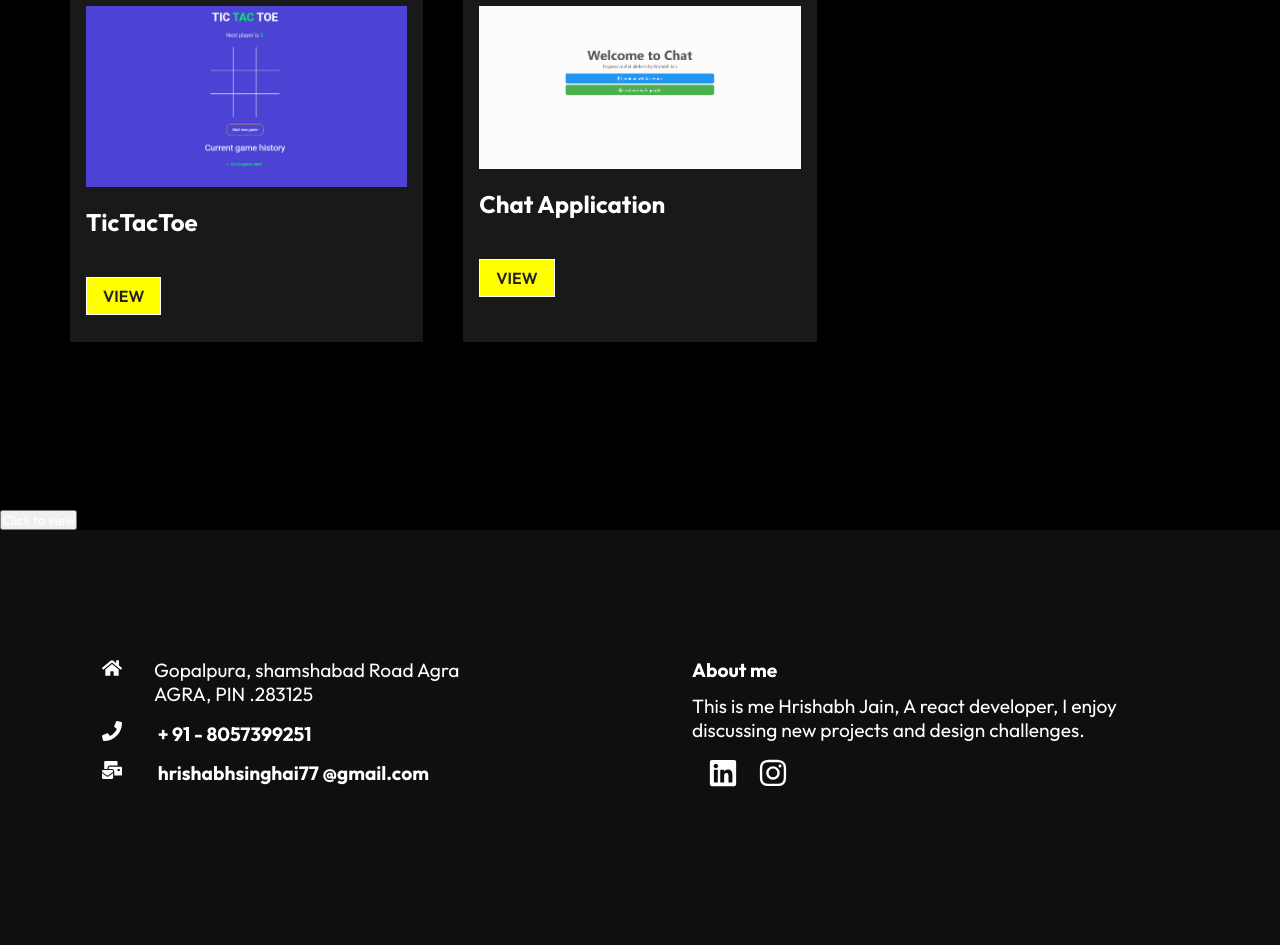
Repository: Hrishabhsinghai/Portfolio
Page: /project
These files come from the project's save history. The page is drawn as it stood at one moment and after the next save; the edit follows.
The browser window is 1280 px wide. The pictures show the part of the page from y = 653 to 1605 px (the page is 1598 px tall before and 1605 px after).
The project was rebuilt for these pictures with package versions that can differ from the ones it lists, and the page was loaded fresh each time. Also part of the build but not shown: src/components/HeroImgStyles.css, src/components/HeroImg.js, src/routes/Home.js, src/components/AboutContentSttyles.css, src/components/AboutContent.js, src/routes/About.js, src/routes/Contact.js.

Above is the page before, as saved 2024-01-11 22:28:08.

### src/index.css
@import url("https://fonts.googleapis.com/css2?family=Orbitron&family=Outfit:wght@100;200;300;400;500;600;700;800;900&display=swap");
* {
  box-sizing: border-box;
  margin: 0;
  padding: 0;
  font-family: "Outfit", sans-serif;
}

body {
  background: black;
}

h1,
h4,
p,
a {
  color: #fff;
  text-decoration: none;
}

ul {
  list-style-type: none;
}

.btn {
  padding: 12px 32px;
  font-size: 1rem;
  text-transform: uppercase;
  color: #222;
  border: 1px solid #fff;
  font-weight: 600;
  cursor: pointer;
  background: yellow;
}

.btn-light {
  background: transparent;
  color: #fff;
}

.btn-hover {
  background: rgba(255, 255, 255, 0.2);
  color: #fff;
  transition: 0.3;
}

### src/App.js
import "./index.css";
import Home from "./routes/Home";
import About from "./routes/About";
import Project from "./routes/Project";
import Contact from "./routes/Contact";
import { Route, Routes } from "react-router-dom";

function App() {
  return (
    <>
      <Routes>
        <Route path="/" element={<Home />} />{" "}
        <Route path="/project" element={<Project />} />{" "}
        <Route path="/About" element={<About />} />{" "}
        <Route path="/Contact" element={<Contact />} />{" "}
      </Routes>{" "}
    </>
  );
}

export default App;

### src/routes/Project.js
import React from "react";
import Navbar from "../components/Navbar";
import Footer from "../components/Footer";
import HeroImg2 from "../components/HeroImg2";
import Work from "../components/Work";

const Project = () => {
  return (
    <div>
      <Navbar />
      <HeroImg2 heading="PROJECTS." text="Here are some of my Projects" />
      <Work />
      <Footer />
    </div>
  );
};

export default Project;

### src/components/Navbar.js
import { Link } from "react-router-dom";
import "./NavbarStyles.css";

import { FaBars, FaTimes } from "react-icons/fa";
import { useState } from "react";

const Navbar = () => {
  const [click, setClick] = useState(false);
  const handleClick = () => setClick(!click);

  const [color, settColor] = useState(false);
  const changeColor = () => {
    if (window.scrollY >= 100) {
      settColor(true);
    } else {
      settColor(false);
    }
  };

  window.addEventListener("scroll", changeColor);

  return (
    <div className={click ? "header header-bg" : "header"}>
      <Link to="/">
        {" "}
        <h1> Portfolio </h1>{" "}
      </Link>{" "}
      <ul className={click ? "nav-menu active" : "nav-menu"}>
        <li>
          <Link to="/"> Home </Link>{" "}
        </li>{" "}
        <li>
          <Link to="/About"> About </Link>{" "}
        </li>{" "}
        <li>
          <Link to="/Project"> Project </Link>{" "}
        </li>{" "}
        <li>
          <Link to="/Contact"> Contact </Link>{" "}
        </li>{" "}
      </ul>{" "}
      <div className="hamburger" onClick={handleClick}>
        {" "}
        {click ? (
          <FaTimes size={20} style={{ color: "#fff" }} />
        ) : (
          <FaBars size={20} style={{ color: "#fff" }} />
        )}{" "}
      </div>{" "}
    </div>
  );
};

export default Navbar;

### src/components/Footer.js
import "./FooterStyles.css";

import React from "react";
import {
  FaHome,
  FaInstagram,
  FaLinkedin,
  FaMailBulk,
  FaPhone,
} from "react-icons/fa";
import { Link } from "react-router-dom";

const Footer = () => {
  return (
    <div className="footer">
      <div className="footer-container">
        <div className="left">
          <div className="location">
            <FaHome size={20} style={{ color: "#fff", marginRight: "2rem" }} />{" "}
            <div>
              <p> Gopalpura, shamshabad Road Agra </p>{" "}
              <p> AGRA, PIN .283125 </p>{" "}
            </div>{" "}
          </div>{" "}
          <div className="phone">
            <h4>
              {" "}
              <FaPhone
                size={20}
                style={{ color: "#fff", marginRight: "2rem" }}
              />{" "}
              + 91 - 8057399251{" "}
            </h4>{" "}
          </div>{" "}
          <div className="email">
            <h4>
              {" "}
              <FaMailBulk
                size={20}
                style={{ color: "#fff", marginRight: "2rem" }}
              />{" "}
              hrishabhsinghai77 @gmail.com{" "}
            </h4>{" "}
          </div>{" "}
        </div>{" "}
        <div className="right">
          <h4> About me </h4>{" "}
          <p>
            {" "}
            This is me Hrishabh Jain, A react developer, I enjoy discussing new
            projects and design challenges.{" "}
          </p>{" "}
          <div className="social">
            <h4>
              <Link to="https://www.linkedin.com/in/hrishabh-jain-13bab7209">
                <FaLinkedin
                  size={30}
                  style={{ color: "#fff", marginLeft: "1rem" }}
                />{" "}
              </Link>{" "}
              <Link to="https://www.instagram.com/hrishabhsinghai/?utm_source=qr">
                <FaInstagram
                  size={30}
                  style={{ color: "#fff", marginLeft: "1rem" }}
                />{" "}
              </Link>{" "}
            </h4>{" "}
          </div>{" "}
        </div>{" "}
      </div>{" "}
    </div>
  );
};

export default Footer;

### src/components/HeroImg2.js
import "./HeroImg2Styles.css";

import React, { Component } from "react";

class HeroImg2 extends Component {
  render() {
    return (
      <div className="hero-img">
        <div className="heading">
          <h1> {this.props.heading} </h1> <p> {this.props.text} </p>{" "}
        </div>{" "}
      </div>
    );
  }
}

export default HeroImg2;

### src/components/Work.js
import "./WorkCardStyles.css";
import WorkCard from "./WorkCard";
import WorkCardData from "./WorkCardData";

import React from "react";
import { NavLink } from "react-router-dom";
const Work = () => {
  return (
    <div className="work-container">
      <h1 className="project-heading"> Projects </h1>{" "}
      <div className="project-container">
        {" "}
        {WorkCardData.map((val, ind) => {
          return (
            <WorkCard
              key={ind}
              imgsrc={val.imgsrc}
              title={val.title}
              text={val.text}
              view={val.view}
            />
          );
        })}{" "}
      </div>{" "}
      <div className="git-container">
        <div className="github"> My Github Repositery </div>{" "}
        <button className="git-btns">
          {" "}
          <NavLink to="www.google.com"> Click to view </NavLink>{" "}
        </button>{" "}
      </div>{" "}
    </div>
  );
};

export default Work;

### src/components/NavbarStyles.css
.header {
  display: flex;
  justify-content: space-between;
  align-items: center;
  padding: 1rem;
  position: fixed;
  width: 100%;
  height: 90px;
  z-index: 10;
}

.header-bg {
  background-color: rgba(0, 0, 0, 0.85);
  transition: 0.5s;
}

.nav-menu {
  display: flex;
}

.nav-menu li {
  padding: 0 1rem;
}

.nav-menu li a {
  font-size: 1.2rem;
  font-weight: 500;
}

.hamburger {
  display: none;
}

@media screen and (max-width: 1040px) {
  .nav-menu {
    flex-direction: column;
    justify-content: center;
    align-items: center;
    width: 100%;
    height: 100vh;
    background: rgba(0, 0, 0, 0.9);
    position: absolute;
    top: 0;
    left: -100%;
    z-index: -3;
    transition: 0.3s;
  }
  .nav-menu.active {
    left: 0;
  }
  .nav-menu li {
    padding: 1rem 0;
  }
  .nav-menu li a {
    font-size: 2rem;
  }
  .hamburger {
    display: initial;
  }
}

### src/components/FooterStyles.css
.footer {
  width: 100%;
  padding: 6rem 0;
  background-color: rgba(19, 19, 19, 0.8);
}

.footer-container {
  max-width: 1140px;
  margin: auto;
  display: grid;
  grid-template-columns: repeat(2, 1fr);
  grid-gap: 40px;
}

.left {
  height: 100%;
  max-width: 100%;
  display: flex;
  flex-direction: column;
  padding: 2rem;
}

.location {
  display: flex;
  margin-bottom: 0.8rem;
}

.phone {
  line-height: 30px;
}

.right {
  height: 100%;
  max-width: 100%;
  display: flex;
  flex-direction: column;
  padding: 2rem;
  margin-bottom: 0.8rem;
}

.social {
  margin-top: 1rem;
}

h4 {
  font-size: 1.2rem;
  padding-bottom: 0.7rem;
}

p {
  font-size: 1.2rem;
}

@media screen and (max-width: 640px) {
  .footer-container {
    grid-template-columns: 1fr;
  }
}

### src/components/HeroImg2Styles.css
.hero-img {
  width: 100%;
  background: black;
  height: 60vh;
  position: relative;
}

.hero-img {
  content: "";
  background: url("https://images.pexels.com/photos/943096/pexels-photo-943096.jpeg?auto=compress&cs=tinysrgb&w=1260&h=750&dpr=1");
  width: 100%;
  height: 70vh;
  background-size: cover;
  background-position: center;
  object-fit: cover;
}

.heading {
  width: 100%;
  height: 100%;
  display: flex;
  flex-direction: column;
  justify-content: center;
  align-items: center;
}

.hero-img h1 {
  font-size: 2.4rem;
  text-decoration: solid;
}

.hero-img p {
  font-size: 1.4rem;
  text-align: center;
}

@media screen and (max-width: 640px) {
  .hero-img h1 {
    font-size: 2rem;
  }
}

### src/components/WorkCardStyles.css
.project-heading {
  text-align: center;
  padding: 4rem 0 2rem 0;
}

.project-container {
  max-width: 1140px;
  margin: auto;
  display: grid;
  grid-template-columns: repeat(3, 1fr);
  grid-gap: 40px;
  padding-bottom: 5rem;
}

.project-card {
  background: #1a1919;
  padding: 1.2rem 1rem;
}

.project-card img {
  width: 100%;
}

@media screen and (max-width: 740px) {
  .project-container {
    max-width: 90%;
    margin: auto;
    grid-template-columns: 1fr;
  }
}

.project-title {
  color: #fff;
  padding: 1rem 0;
}

.pro-details p {
  padding-bottom: 1rem;
  font-size: 1.1rem;
  text-align: justify;
}

.pro-btns .btn {
  padding: 0.5rem 1rem;
}

.pro-btns {
  display: flex;
  justify-content: space-between;
  padding: 0.5rem 0;
}

.github {
  text-align: center;
  padding: 2rem 0 2rem 0;
  font-size: 1.1rem;
}

### src/components/WorkCard.js
import "./WorkCardStyles.css";

import React from "react";
import { NavLink } from "react-router-dom";

const WorkCard = (props) => {
  return (
    <div className="project-card">
      <img src={props.imgsrc} alt="image" />
      <h2 className="project-title"> {props.title} </h2>{" "}
      <div className="pro-details">
        <p> {props.text} </p>{" "}
        <div className="pro-btns">
          <NavLink to={props.view} className="btn">
            {" "}
            View{" "}
          </NavLink>{" "}
        </div>{" "}
      </div>{" "}
    </div>
  );
};

export default WorkCard;

### src/components/WorkCardData.js
import tictactoe from "../assets/tictactoe.png";
import chatapp from "../assets/chatapp.png";
// import tictactoe from "../assets/tictactoe.png";

const ProjectCardData = [
  {
    imgsrc: tictactoe,
    title: "TicTacToe",
    view: "https://ticctacctoeegame.surge.sh/",
  },
  {
    imgsrc: chatapp,
    title: "Chat Application",
    view: "https://chat-web-app-c0344.web.app/",
  },
];

export default ProjectCardData;

Loaded but not shown: public/index.html (common file); src/index.js (common file)

After the next save:
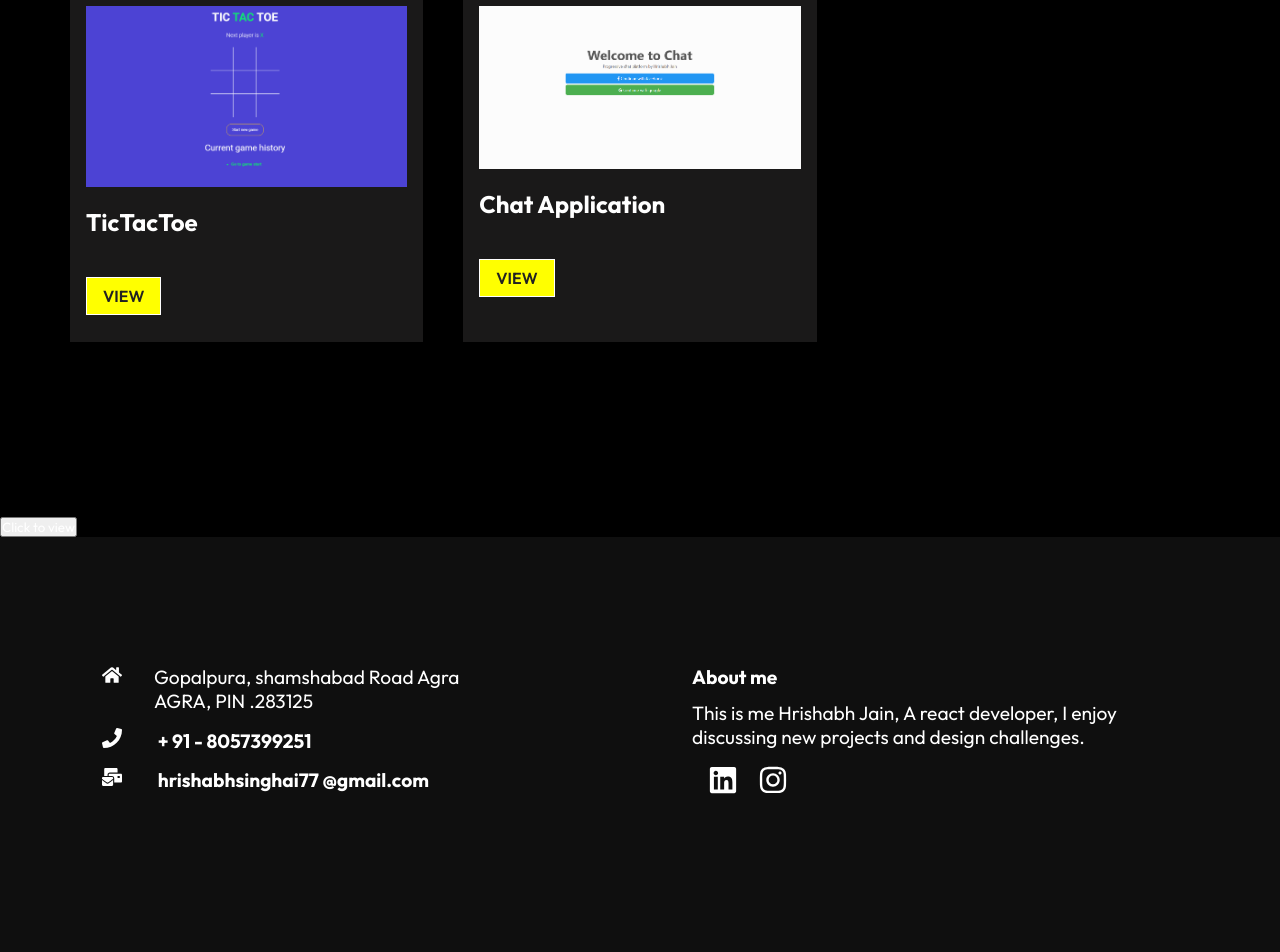
Saved 4 s later.
--- a/src/components/WorkCardStyles.css
+++ b/src/components/WorkCardStyles.css
@@ -53,5 +53,5 @@
 .github {
   text-align: center;
   padding: 2rem 0 2rem 0;
-  font-size: 1.1rem;
+  font-size: 1.5rem;
 }
